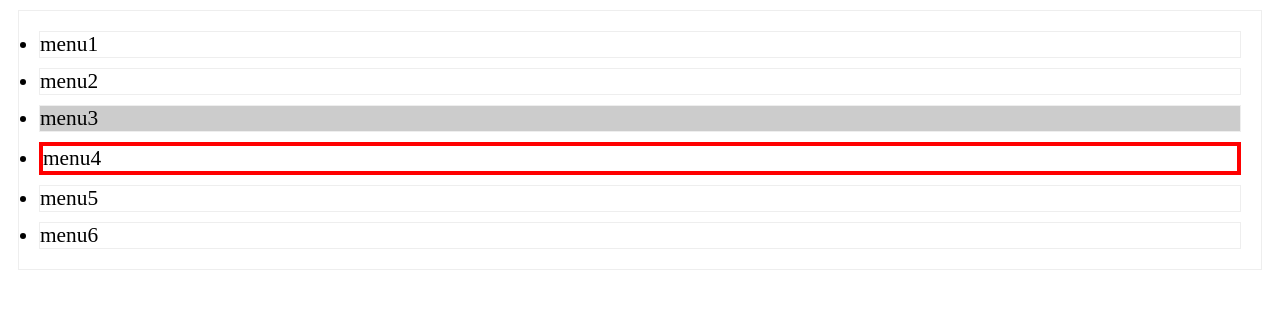
Repository: swc0516s/EZEN-JS
Page: JavaScript Workspace Lecture/JavaScript_jQuery_03/WebContent/Chapter03/3_12.html
These files come from the project's save history. The page is drawn as it stood at one moment and after the next save; the edit follows.
The browser window is 1280 px wide. The pictures show the whole page.

Above is the page before, as saved 2022-03-18 02:46:51.

After the next save:
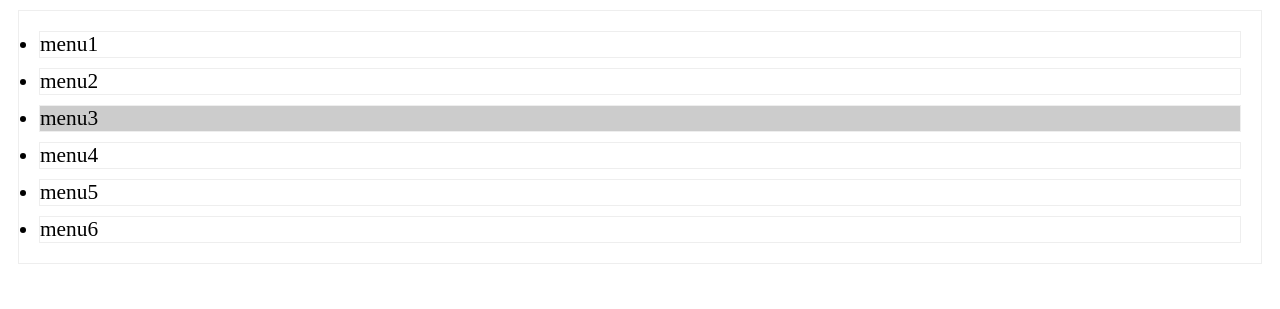
Console error (its wording comes from the project's code and is left out).
Saved 13 s later.
--- a/JavaScript Workspace Lecture/JavaScript_jQuery_03/WebContent/Chapter03/3_12.html
+++ b/JavaScript Workspace Lecture/JavaScript_jQuery_03/WebContent/Chapter03/3_12.html
@@ -26,7 +26,7 @@ li.select {
 <script type="text/javascript">
 	// select 클래스가 적용된  노드의 바로 뒤의 다음노드(menu4)를 찾아 border속성을("4px solid #f00")으로 변경
 	$(document).ready(function() {
-		var select = $("ul.menu li.select");
+		var select = $("ul.menu li:select");
 		select.next().css("border", "4px solid #f00");
 	});
 </script>
